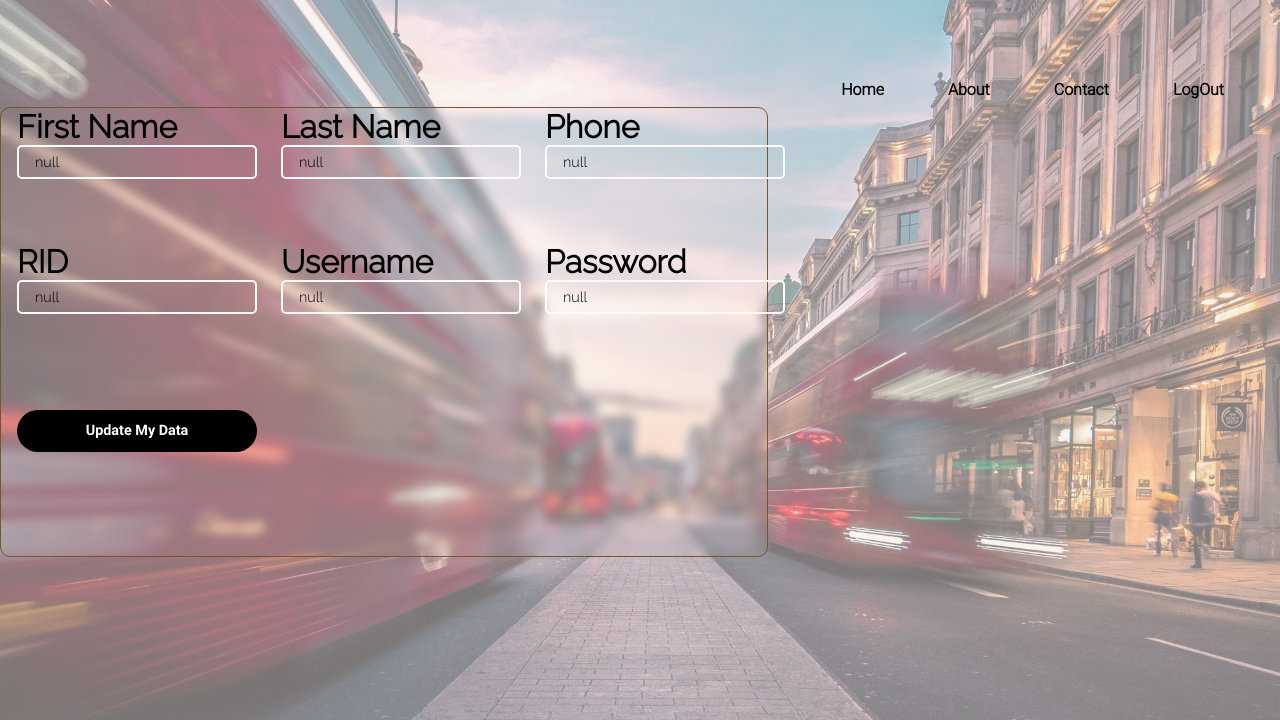
Repository: Savindushehan/RouteMaster-Group-project
Page: http://localhost/RouterMaster/Updateuserdetails.jsp
An editor plug-in stored every save of this project. The page is shown before and after the next save, followed by the edit.
The browser window is 1280 px wide. The pictures show the whole page.
The page is served by Tomcat 10. Other server files are loaded and not shown.

Above is the page before, as saved 2023-10-27 05:48:23.

### RouteMaster/RouterMaster/src/main/webapp/Updateuserdetails.jsp
<%@ page language="java" contentType="text/html; charset=UTF-8"
    pageEncoding="UTF-8"%>
<!DOCTYPE html>
<html>
<head>
<meta charset="UTF-8">
<title>Insert title here</title>
 <style>
          @font-face {
        font-family: 'Roboto-Light'; /* Font family name */
        src: url('Fonts/Roboto-Light.ttf') format('truetype'); /* URL to your font file */
        font-weight: normal;
        font-style: italic;
        }
        @font-face {
        font-family: 'Raleway-Light'; /* Font family name */
        src: url('Fonts/Raleway-Light.ttf') format('truetype'); /* URL to your font file */
        font-weight: normal;
        font-style: italic;
        }
        @font-face {
        font-family: 'Roboto-Bold'; /* Font family name */
        src: url('Fonts/Roboto-Bold.ttf') format('truetype'); /* URL to your font file */
        font-weight: normal;
        font-style: italic;
        }
        :root{
            --div-color1:#000000;
            --div-color2:#272702;
            --div-color3:#07FAFA;
            --div-color4:#FFFFFF;
        }
        a{
            text-decoration: none;
        }
        *{
            margin: 0;
            padding: 0;
            box-sizing:border-box;
        }
        a{
            text-decoration: none;
        }
         body{
			background-image: url('Images/background.jpg');
            background-size: cover;
            background-repeat: no-repeat;
            background-position: center;
            height: 100vh;
            justify-content:center;
            align-items:center;
            flex-direction:column;
        }
        body::before {
          content: "";
          position: absolute;
          top: 0;
          left: 0;
          width: 100%;
          height: 100%;
          background-color: rgba(245, 236, 236, 0.5);
          z-index: -1;
        }
        .head{
            display: flex;
            flex-direction: row;
            justify-content: right;
        }
        header h3{
       		margin-top: 10vh;
            color: var(--div-color1);
            font-size:1rem;
            margin-right: 3rem;
            cursor: grab;
            padding: 0.5rem;
            border-radius: 0.5rem;
            outline: none;
            font-family: 'Roboto-Light';
        }
          form{
          display: flex;
          flex-direction: column;
          justify-content: center;
          align-items: center;
          width: 50rem;
          margin-left: auto;
          margin-right: auto;
        }
        h1{
          font-size: 2.5rem;
          text-align: center;
          margin-top: 3rem;
        }
         .row1,.row2{
          display: flex;
          flex-direction: row;
          justify-content: space-between;
          width: 100%;
          margin-left: auto;
          margin-right: auto;
          margin-bottom: 4rem;
        }
        .details{
          flex-direction: column;
          justify-content: space-between;
       	  width:60vw;
          margin-left:auto;
          margin-right: auto;

        }
        .colomn1{
            display: flex;
            flex-direction: column;
            margin-right: 4rem;
        }
        .colomn2{
            display: flex;
            flex-direction: column;
        }
         .colomn1 .colomn2 input{
        width:100%;
        height:50px;
        margin: 30px 0;
        }

         main{
         width:60%;
         height: 450px;
         display: flex;
         flex-direction: column;
         backdrop-filter: blur(5px);
         border:1px solid #72582c;
         border-radius: 10px;
         align-items:center;
         gap:40px;


        }
        h2{
         font-family: 'Raleway-Light';
          font-size: 2rem;
        }
         form{
          display: flex;
          flex-direction: column;
          justify-content: center;
          align-items: center;
          width: 50rem;
          margin-left: auto;
          margin-right: auto;
        }

         .form .main{
           display:flex;
           flex-direction:column;
           width: 85%;
          }

         input{
          font-size: 0.9rem;
          font-family: 'Raleway-Light';
          width: 15rem;
          outline: none;
          padding-left: 1rem;
          padding-top: 0.4rem;
          padding-bottom: 0.4rem;
          border-radius: 5px;
          border: 2px solid red;
          border: none;
          background: transparent;
          border:2px solid rgb(255, 249, 249);

        }
          #btn{
          text-align: center;
          padding-left: 2rem;
          padding-right: 2rem;
          padding-top: 0.8rem;
          padding-bottom: 0.8rem;
          border-radius: 10px;
          font-family: 'Roboto-Bold';
          background-color: var(--div-color1);
          color: var(--div-color4);
          border: none;
          outline: none;
          cursor: pointer;
          margin-top: 2rem;
          border-radius:500px;
          transition:all 0.3s;

        }
       #btn:hover{
         transform:scale(1.15);
        }
    </style>
</head>
<body>
	 <header>
        <div class="head">
          <a href="Home.jsp"><h3 id="m1">Home</h3></a>
           <a href="AboutUs.jsp"><h3 id="m2">About</h3></a>
            <a href="ContactUS.jsp"><h3 id="m3">Contact</h3></a>
           <a href="login.jsp"><h3 id="m4">LogOut</h3></a>
        </div>
    </header>
	<main>
	<%
	String RID=request.getParameter("RID");
	String F_name=request.getParameter("F_name");
	String L_name=request.getParameter("L_name");
	String Phone=request.getParameter("Phone");
	String Username=request.getParameter("Username");
	String Password=request.getParameter("Password");
	%>

	<form action="updateuserServlet" method="post">
		 <div class="details">

                <div class="row1">

                    <div class="column1">
                        <h2>First Name</h2>
                        <input type="text" name="F_name" value="<%=F_name%>">
                    </div>
                    <div class="column2">
                        <h2>Last Name</h2>
                        <input type="text" name="L_name" value="<%=L_name%>">
                    </div>
                    <div class="column1">
                        <h2>Phone</h2>
                          <input type="text" name="Phone" value="<%=Phone%>">
                    </div>

                </div>
                <div class="row2">

                    <div class="column2">
                       	<h2>RID</h2>
                        <input type="text" name="RID" value="<%=RID%>" readonly>
                    </div>
                    <div class="column1">
                        <h2>Username</h2>
                         <input type="text" name="Username" value="<%=Username%>">
                    </div>
                    <div class="column2">
                        <h2>Password</h2>
                          <input type="text" name="Password" value="<%=Password%>">
                    </div>
                </div>



                <input type="submit" name="btn" id="btn" value="Update My Data">
            </div>
	</form>
	</main>

</body>
</html>

After the next save:
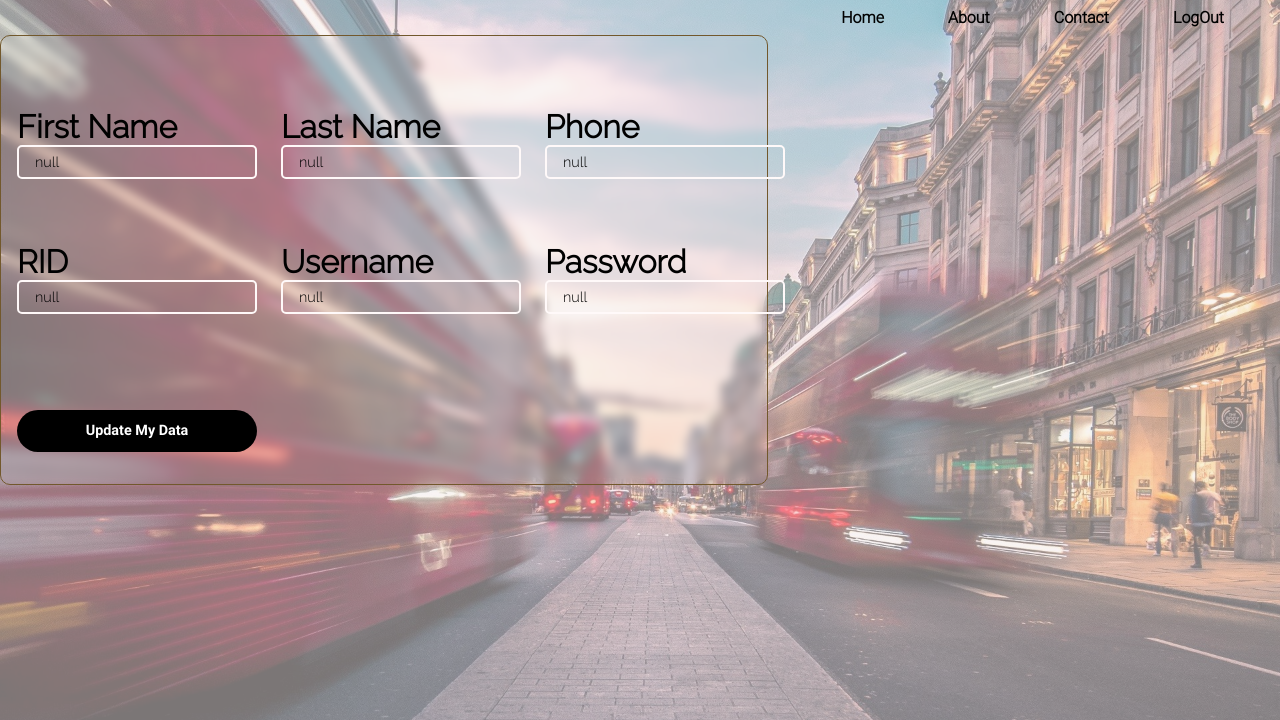
Saved 18 s later.
--- a/RouteMaster/RouterMaster/src/main/webapp/Updateuserdetails.jsp
+++ b/RouteMaster/RouterMaster/src/main/webapp/Updateuserdetails.jsp
@@ -67,7 +67,6 @@
             justify-content: right;
         }
         header h3{
-       		margin-top: 10vh;
             color: var(--div-color1);
             font-size:1rem;
             margin-right: 3rem;
@@ -78,6 +77,8 @@
             font-family: 'Roboto-Light';
         }
           form{
+                 		margin-top: 10vh;
+
           display: flex;
           flex-direction: column;
           justify-content: center;
